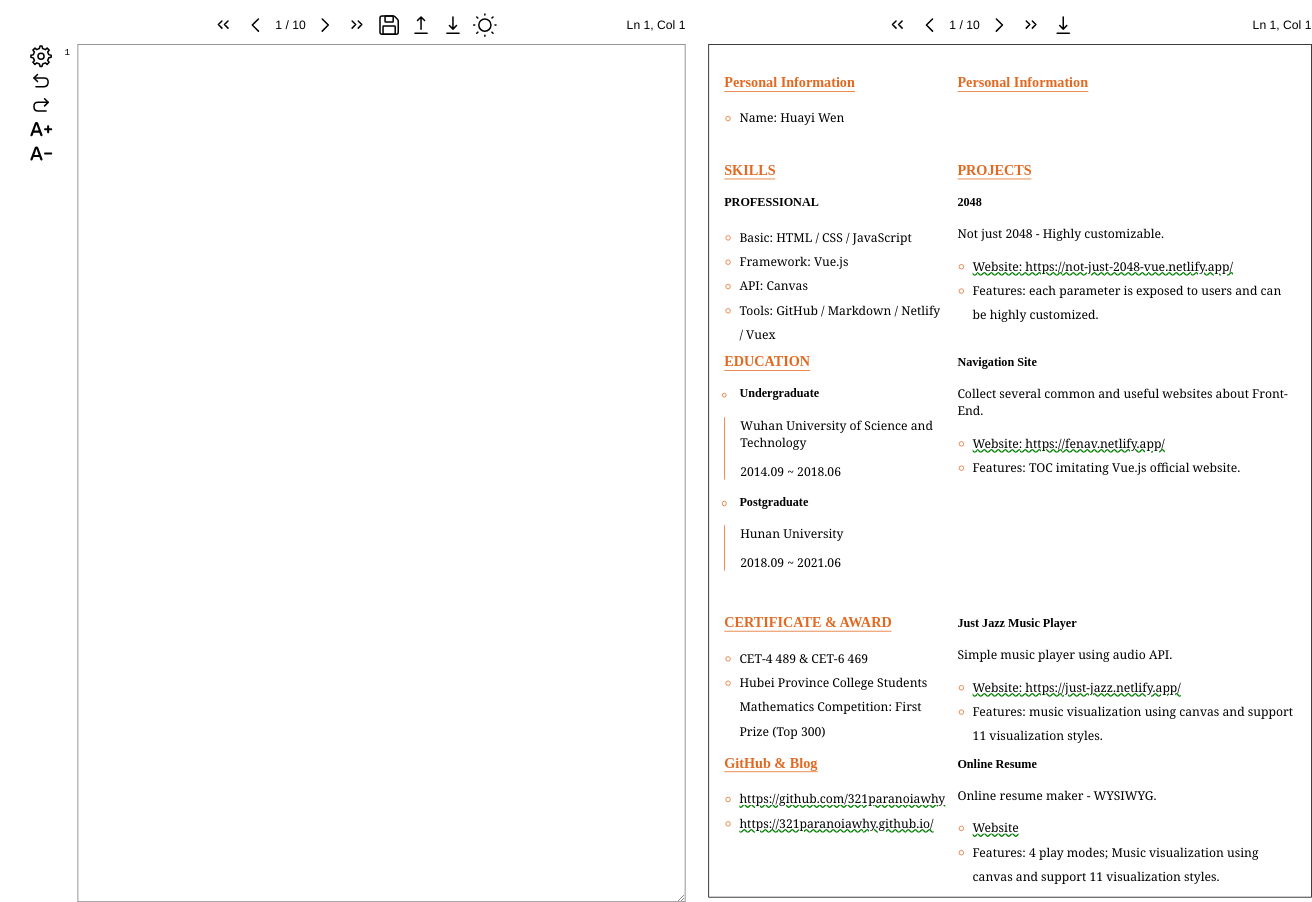
Repository: 321paranoiawhy/online-resume
Page: /
An editor plug-in stored every save of this project. The page is shown before and after the next save, followed by the edit.
The browser window is 1280 px wide. The page is 1726 px wide, so the pictures cover 1726 px, including what lies to the right of the window. The pictures show the whole page, at 76% of full size.
The project was rebuilt for these pictures with package versions that can differ from the ones it lists, and the page was loaded fresh each time. Also part of the build but not shown: vue.config.js, src/components/Header.vue, src/components/Introduction.vue, src/components/Footer.vue.

Above is the page before, as saved 2022-06-08 18:02:15.

### src/App.vue
<template>
    <router-view />
</template>

<style lang="scss">
html,
body,
#app {
    height: 100%;
}
#app {
    font-family: Avenir, Helvetica, Arial, sans-serif;
    -webkit-font-smoothing: antialiased;
    -moz-osx-font-smoothing: grayscale;
    text-align: center;
    // color: #2c3e50;
}
</style>

### src/css/common.css
:root {
    --A4-width: 210mm;
    --A4-height: 297mm;
    /* CSS 全局变量, 任何地方均可通过 var() 访问变量值 */
    --base: 12;
    /* 基于 --base 计算 --font-size-small 和 --line-height-small */
    /* 参考链接: https://www.ruanyifeng.com/blog/2017/05/css-variables.html */
    --font-size-small: calc(var(--base) * 1px);
    --line-height-small: calc(var(--base) * 1.5px);
    /* 字符间距 */
    --letter-spacing: 0.05em;
}
textarea.left-textarea {
    width: var(--A4-width); /* 210 * 96 / 25.4 = 793.7 px */
    height: var(--A4-height); /* 297 * 96 / 25.4 = 1122.52 px */
    /* 字体大小 */
    font-size: var(--font-size-small);
    /* 行高 */
    line-height: var(--line-height-small);
    /* 字符间距 */
    letter-spacing: var(--letter-spacing);
    /* 统一各浏览器下 textarea 盒模型 */
    margin: 0;
    border-width: 1px;
    padding: 2px;
}
div.right-output {
    /* 1 in = 25.4 mm = 96 px */
    width: var(--A4-width); /* 210 * 96 / 25.4 = 793.7 px */
    height: var(--A4-height); /* 297 * 96 / 25.4 = 1122.52 px */
    margin: 0;
    border: 1px solid red;
    padding: 2px;
    /* & .name {
        border: 1px solid blue;
    } */
}
img {
    width: 32px;
    height: 32px;
    cursor: pointer;
}

### src/views/HomeView.vue
<template>
    <!-- <TopHeader></TopHeader> -->
    <!-- <Introduction></Introduction> -->
    <div class="main-flex">
        <LeftInput class="left-input"></LeftInput>
        <RightOutput></RightOutput>
    </div>
    <!-- <BottomFooter></BottomFooter> -->
</template>

<script>
// @ is an alias to /src
import TopHeader from "@/components/Header.vue";
import Introduction from "@/components/Introduction.vue";
import LeftInput from "@/components/LeftInput.vue";
import RightOutput from "@/components/RightOutput.vue";
import BottomFooter from "@/components/Footer.vue";

// 功能拆解
// 下载源码和渲染结果文件(HTML&CSS, PDF, DOCX), 使用 Pandoc
// LaTeX 语法支持 (引入 MathJax)
// JavaScript 实现 解析
// common.css 负责特定样式
// 切换主题或者切换模板
// 主题 白天 黑夜
// 模板 暂定唯一模板 后续定制更多模板 (寻找优雅的 resume 模板)
// autosave
// localstorage
// 左侧应有快速插入标记, 如 name
export default {
    name: "HomeView",
    components: {
        TopHeader,
        Introduction,
        LeftInput,
        RightOutput,
        BottomFooter,
    },
};
</script>

<style scoped lang="scss">
div.main-flex {
    display: flex;
    width: fit-content;
    & .left-input {
        margin-left: 30px;
        margin-right: 30px;
    }
}
</style>

### src/components/RightOutput.vue
<template>
    <div class="right-output-flex-column">
        <div class="top-flex">
            <div class="center">
                <img
                    v-for="(item, index) in rightOutputImage.slice(0, 2)"
                    :key="index"
                    :src="require('../assets/images/' + item.img_src + '.svg')"
                    :alt="item.img_src"
                    @click="Fn(item.function)"
                />
                <p>{{ currentOutputPage }} / {{ totalOutputPage }}</p>
                <img
                    v-for="(item, index) in rightOutputImage.slice(2)"
                    :key="index"
                    :src="require('../assets/images/' + item.img_src + '.svg')"
                    :alt="item.img_src"
                    @click="Fn(item.function)"
                />
            </div>
            <!-- 快速跳转至某行某列 (默认当前页) -->
            <p @click="gotoLnAndCol">Ln 1, Col 1</p>
        </div>
        <!-- <div class="right-output" ref="output"></div> -->
        <testTemplateEN></testTemplateEN>
    </div>
</template>

<script>
import rightOutputImage from "/public/data/rightOutputImage.json";
import testTemplateEN from "./testTemplateEN.vue";

import { onMounted, ref, watch } from "@vue/runtime-core";
import { useStore } from "vuex";

export default {
    name: "RightOutput",
    components: {
        testTemplateEN,
    },
    setup() {
        let currentOutputPage = ref(1);
        let totalOutputPage = ref(10);
        const store = useStore();
        let output = ref(null);
        // 思路一: 根据左边输入栏实时输出至右边, 并设置相应的样式
        // 思路二: 默认右边已有示例模板, 左边输入栏实时输入右边输出栏实时更新替换
        // 思路二更优: 用户可预览, 页面须有提示或者有帮助文档 F1 查看 各块对应语法 syntax
        onMounted(() => {
            // output.value.value = computed(() => {
            //     console.log(store.state.compiledHTML);
            //     return store.state.compiledHTML;
            // });
            // output.value.innerHTML = store.state.compiledHTML;
        });
        watch(
            () => store.state.compiledHTML,
            () => {
                output.value.innerHTML = store.state.compiledHTML;
                // 设置 CSS 样式
            }
        );
        return {
            rightOutputImage,
            currentOutputPage,
            totalOutputPage,
            output,
        };
    },
};
</script>

<style scoped lang="scss">
.right-output-flex-column {
    display: flex;
    flex-direction: column;
    & div.top-flex {
        display: flex;
        width: 210mm;
        margin-left: auto;
        justify-content: center;
        & div.center {
            flex-grow: 1;
            display: flex;
            justify-content: center;
            align-items: center;
            gap: 10px;
        }
    }
}
</style>

### src/components/Sidebar.vue
<template>
    <div class="sidebar-flex-column">
        <img
            v-for="(item, index) in sidebarImage"
            :key="index"
            :src="require('../assets/images/' + item.img_src + '.svg')"
            :alt="item.img_src"
            @click="Fn(item.function)"
        />
    </div>
</template>

<script>
// 引入图片 json 数据文件
import sidebarImage from "/public/data/sidebarImage.json";

export default {
    name: "Sidebar",
    setup() {
        // 当前 base
        let currentBase = 12;
        // Fn: 根据入参执行相应函数
        let Fn = (parameter) => {
            switch (parameter) {
                case "set":
                    break;
                // 撤销 TODO(有限次 or 无限次)
                case "undo":
                    break;
                // 重做 TODO
                case "redo":
                    break;
                // 每次 --base +2
                case "textIncrease":
                    // 最大值: 24 (2*12)
                    if (currentBase === 24) {
                        return;
                    }
                    // 修改 root --base (可同步修改 --font-size-small,--line-height-small)
                    document.documentElement.style.setProperty(
                        "--base",
                        `${currentBase + 2}`
                    );
                    // 更新 currentBase
                    currentBase += 2;
                    break;
                // 每次 --base -2
                case "textDecrease":
                    // 最小值: 8
                    if (currentBase === 8) {
                        return;
                    }
                    document.documentElement.style.setProperty(
                        "--base",
                        `${currentBase - 2}`
                    );
                    // 更新 currentBase
                    currentBase -= 2;
                    break;
                default:
                    break;
            }
        };
        return {
            sidebarImage,
            currentBase,
            Fn,
        };
    },
};
</script>

<style scoped lang="scss">
.sidebar-flex-column {
    display: flex;
    flex-direction: column;
    width: fit-content;
    height: fit-content;
}
</style>

### src/components/testTemplateEN.vue
<template>
    <div class="grid">
        <div>
            <h3>Personal Information</h3>
            <ul>
                <li>Name: Huayi Wen</li>
            </ul>
        </div>
        <div>
            <h3>Personal Information</h3>
        </div>
        <div>
            <h3>SKILLS</h3>
            <h4>PROFESSIONAL</h4>
            <ul>
                <li>Basic: HTML / CSS / JavaScript</li>
                <li>Framework: Vue.js</li>
                <li>API: Canvas</li>
                <li>Tools: GitHub / Markdown / Netlify / Vuex</li>
            </ul>
        </div>
        <div>
            <h3>PROJECTS</h3>
            <h4>2048</h4>
            <p>Not just 2048 - Highly customizable.</p>
            <ul>
                <li>
                    <a href="https://not-just-2048-vue.netlify.app/"
                        >Website: https://not-just-2048-vue.netlify.app/</a
                    >
                </li>
                <li>
                    Features: each parameter is exposed to users and can be
                    highly customized.
                </li>
            </ul>
        </div>
        <div>
            <h3>EDUCATION</h3>
            <h4 class="disc">Undergraduate</h4>
            <div class="border">
                <p>Wuhan University of Science and Technology</p>
                <p>2014.09 ~ 2018.06</p>
            </div>
            <h4 class="disc">Postgraduate</h4>
            <div class="border">
                <p>Hunan University</p>
                <p>2018.09 ~ 2021.06</p>
            </div>
        </div>
        <div>
            <h4>Navigation Site</h4>
            <p>Collect several common and useful websites about Front-End.</p>
            <ul>
                <li>
                    <a href="https://fenav.netlify.app/"
                        >Website: https://fenav.netlify.app/</a
                    >
                </li>
                <li>Features: TOC imitating Vue.js official website.</li>
            </ul>
        </div>
        <div>
            <h3>CERTIFICATE & AWARD</h3>
            <ul>
                <li>CET-4 489 & CET-6 469</li>
                <li>
                    Hubei Province College Students Mathematics Competition:
                    First Prize (Top 300)
                </li>
            </ul>
        </div>
        <div>
            <h4>Just Jazz Music Player</h4>
            <p>Simple music player using audio API.</p>
            <ul>
                <li>
                    <a href="https://just-jazz.netlify.app/"
                        >Website: https://just-jazz.netlify.app/</a
                    >
                </li>
                <li>
                    Features: music visualization using canvas and support 11
                    visualization styles.
                </li>
            </ul>
        </div>
        <div>
            <h3>GitHub & Blog</h3>
            <ul>
                <li>
                    <a href="https://github.com/321paranoiawhy"
                        >https://github.com/321paranoiawhy</a
                    >
                </li>
                <li>
                    <a href="https://321paranoiawhy.github.io/"
                        >https://321paranoiawhy.github.io/</a
                    >
                </li>
            </ul>
        </div>
        <div>
            <h4>Online Resume</h4>
            <p>Online resume maker - WYSIWYG.</p>
            <ul>
                <li>
                    <a href="https://just-jazz.netlify.app/">Website</a>
                </li>
                <li>
                    Features: 4 play modes; Music visualization using canvas and
                    support 11 visualization styles.
                </li>
            </ul>
        </div>
    </div>
</template>

<script>
export default {
    name: "testTemplate",
    setup() {
        return {};
    },
};
</script>

<style scoped lang="scss">
// @import url("https://fonts.googleapis.com/css2?family=Cormorant+Garamond:wght@500&display=swap");
$margin-left: 20px;
div.grid {
    display: grid;
    grid-template-columns: 0.618fr 1fr;
    // grid-template-rows: auto;
    column-gap: 1rem;
    width: var(--A4-width);
    height: var(--A4-height);
    // background-color: #e6e6e6;
    text-align: left;
    // border-box
    box-sizing: border-box;
    // 内边距
    padding: 20px;
    border: 1px solid;
    & ul {
        padding: 0 0 0 $margin-left;
        margin: 0;
        list-style-type: circle;
        font-family: Cambria;
        & li {
            & img {
                width: 24px;
                height: 24px;
                vertical-align: middle;
                margin-right: 5px;
            }
            height: 2rem;
            line-height: 2rem;
        }
    }
    & ul li::marker {
        color: #e26921;
    }
    & p {
        font-family: Cambria;
    }
    & h3 {
        color: #e26921;
        font-family: didot;
        width: fit-content;
        border-bottom: 1px solid;
    }
    & h4 {
        font-family: didot;
    }
    & h4.disc {
        position: relative;
        margin-left: $margin-left;
        &::before {
            position: absolute;
            content: " ";
            left: -23.2px;
            top: 40%;
            width: 4.4px;
            height: 4.4px;
            border: 1px solid #e26921;
            border-radius: 50%;
        }
    }
    & a {
        text-decoration: green wavy underline;
        color: inherit;
        // font-family: Cambria;
        // font-family: "Cormorant Garamond", serif;
    }
    & div.border {
        border-left: 1px solid #e26921;
        & p {
            margin-left: $margin-left;
        }
    }
}
</style>

Loaded but not shown: public/index.html (common file); src/router/index.js (common file); public/data/leftInputImage.json (30 lines, source omitted); public/data/rightOutputImage.json (22 lines, source omitted); public/data/sidebarImage.json (22 lines, source omitted); src/store/index.js (34 lines, source omitted); src/main.js (8 lines, source omitted); src/components/LeftInput.vue (291 lines, source omitted)

After the next save:
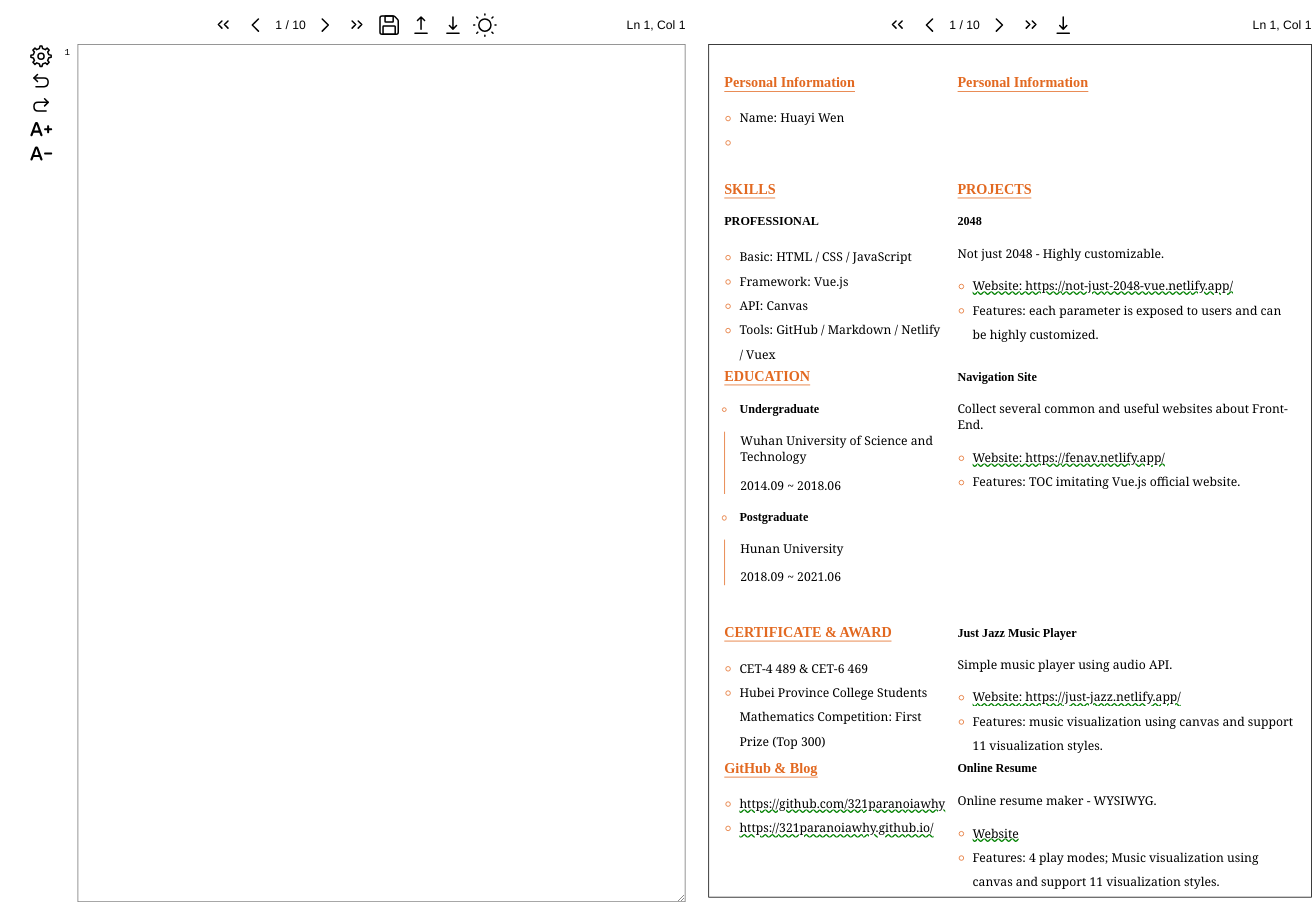
Saved 23 s later.
--- a/src/components/testTemplateEN.vue
+++ b/src/components/testTemplateEN.vue
@@ -4,6 +4,7 @@
             <h3>Personal Information</h3>
             <ul>
                 <li>Name: Huayi Wen</li>
+                <li></li>
             </ul>
         </div>
         <div>
